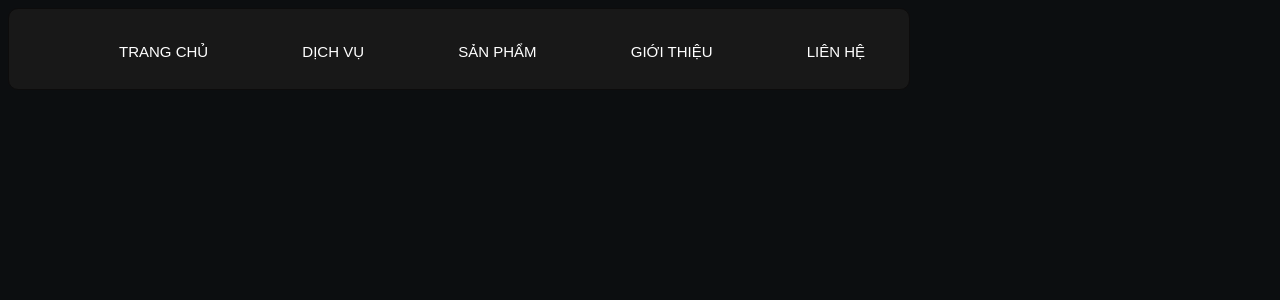
Repository: andytrn0/ElectronJS
Page: GUI/index.html
The author's editor kept a copy of each file at every save. The page is drawn from the files as they stood at one save, then again after the next save.
The browser window is 1280 px wide. The pictures show the whole page.

Above is the page before, as saved 2024-10-15 14:19:39.

After the next save:
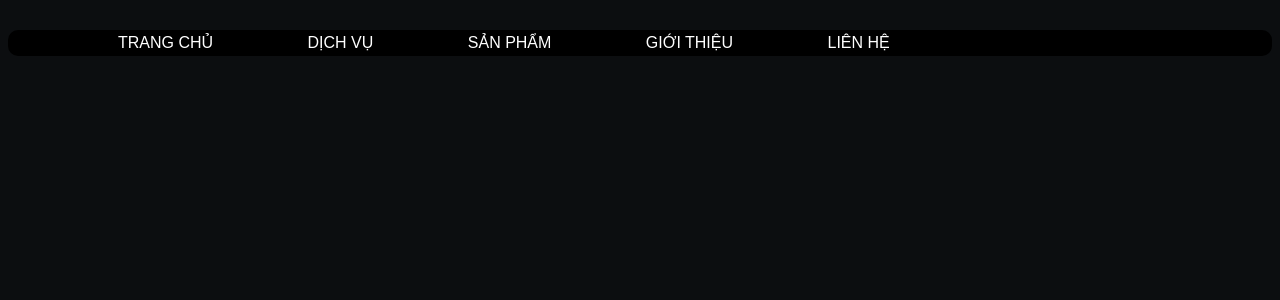
Saved 28 s later.
--- a/CSS/index.css
+++ b/CSS/index.css
@@ -5,15 +5,17 @@
 #menu
 {
  width: 900px;
- border: 1px solid #0d0c0c;
- height: 80px;
- background-color: #181818;
- font-family: Helvetica, sans-serif;
- font: 16px/26px D-DIN-Regular,Arial,Verdana,sans-serif;
- font-weight: 400;
- font-style: normal;
- text-align: left;
- font-size: 15px;
+ margin: 0;
+    padding: 0;
+    background-color: #000;
+    font: 16px/26px D-DIN-Regular,Arial,Verdana,sans-serif;
+    font-weight: 400;
+    font-style: normal;
+    text-align: left;
+    color: #fff;
+    width: 100%;
+    -moz-osx-font-smoothing: grayscale;
+    -webkit-font-smoothing: antialiased
  border-radius: 10px;
  -moz-border-radius: 10px;
  -webkit-border-radius: 10px;

After the save that followed:
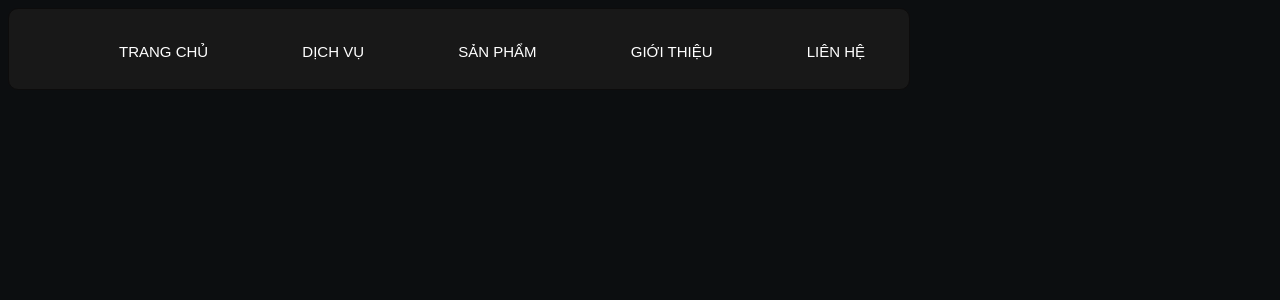
Saved 19 s later.
--- a/CSS/index.css
+++ b/CSS/index.css
@@ -5,17 +5,15 @@
 #menu
 {
  width: 900px;
- margin: 0;
-    padding: 0;
-    background-color: #000;
-    font: 16px/26px D-DIN-Regular,Arial,Verdana,sans-serif;
-    font-weight: 400;
-    font-style: normal;
-    text-align: left;
-    color: #fff;
-    width: 100%;
-    -moz-osx-font-smoothing: grayscale;
-    -webkit-font-smoothing: antialiased
+ border: 1px solid #0d0c0c;
+ height: 80px;
+ background-color: #181818;
+ font-family: Helvetica, sans-serif;
+ font: 16px/26px D-DIN-Regular,Arial,Verdana,sans-serif;
+ font-weight: 400;
+ font-style: normal;
+ text-align: left;
+ font-size: 15px;
  border-radius: 10px;
  -moz-border-radius: 10px;
  -webkit-border-radius: 10px;
